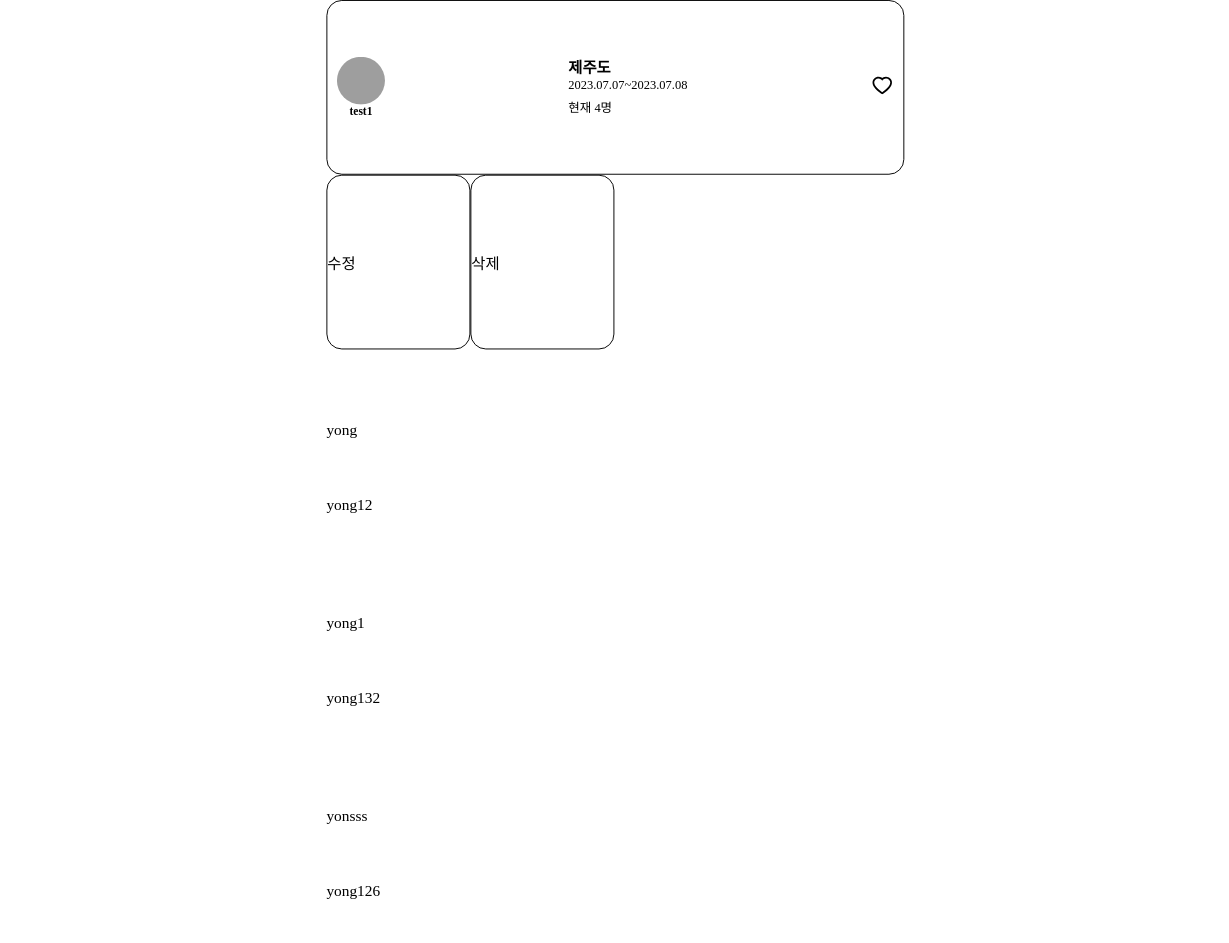
Repository: the-graces/matrip-web
Page: /tripSchedule (app in matrip/)
These files come from the project's save history. The page is drawn as it stood at one moment and after a run of saves; the edit follows.
The browser window is 1280 px wide. The pictures show the whole page, at 96% of full size.
Pictures or frames that could not be fetched are drawn as grey boxes. The project was rebuilt for these pictures with package versions that can differ from the ones it lists, and the page was loaded fresh each time. Also part of the build but not shown: matrip/src/pages/Main/mainStyle.tsx, matrip/src/pages/Main/Post.tsx, matrip/src/pages/Main/index.tsx, matrip/src/pages/FriendSearch/friendSearchStyle.tsx, matrip/src/pages/FriendSearch/index.tsx, matrip/src/pages/ItineraryInfo/index.scss, matrip/src/pages/ItineraryInfo/itineraryInfoStyle.tsx, matrip/src/pages/ItineraryInfo/index.tsx and 3 more.

Above is the page before, as saved 2023-07-09 12:43:25.

After the next 2 saves:
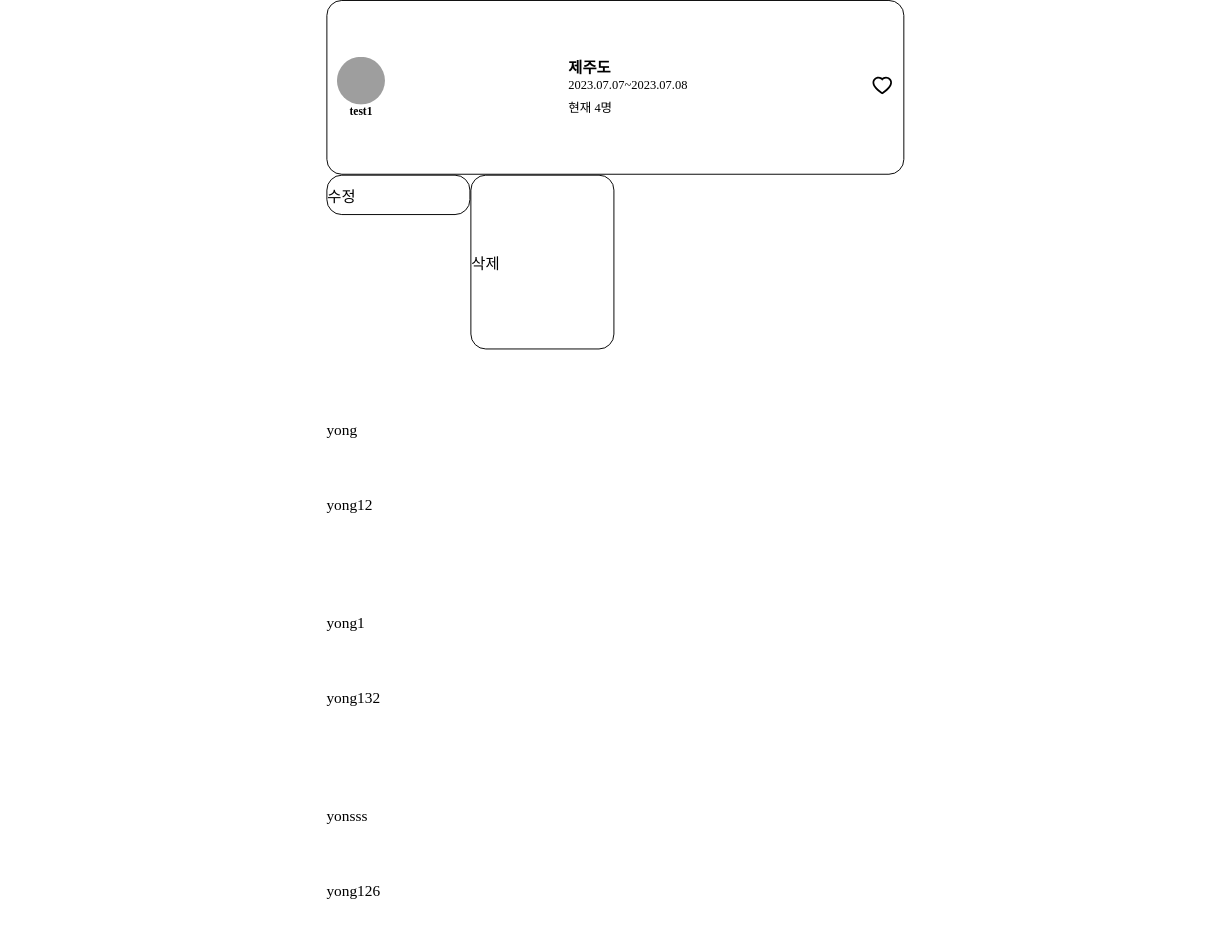
The 2 saves are shown as one change because they came seconds apart.
The last was saved 8 s later.
--- a/matrip/src/pages/TripSchedule/TripScheduleStyle.tsx
+++ b/matrip/src/pages/TripSchedule/TripScheduleStyle.tsx
@@ -76,7 +76,7 @@ export const TripSchedulePostButton = styled.div`
 
 export const TripSchedulePostButtonR = styled.div`
   width: 100%;
-  height: 180px;
+  height: 40px;
   display: flex;
   align-items: center;
   justify-content: space-between;
